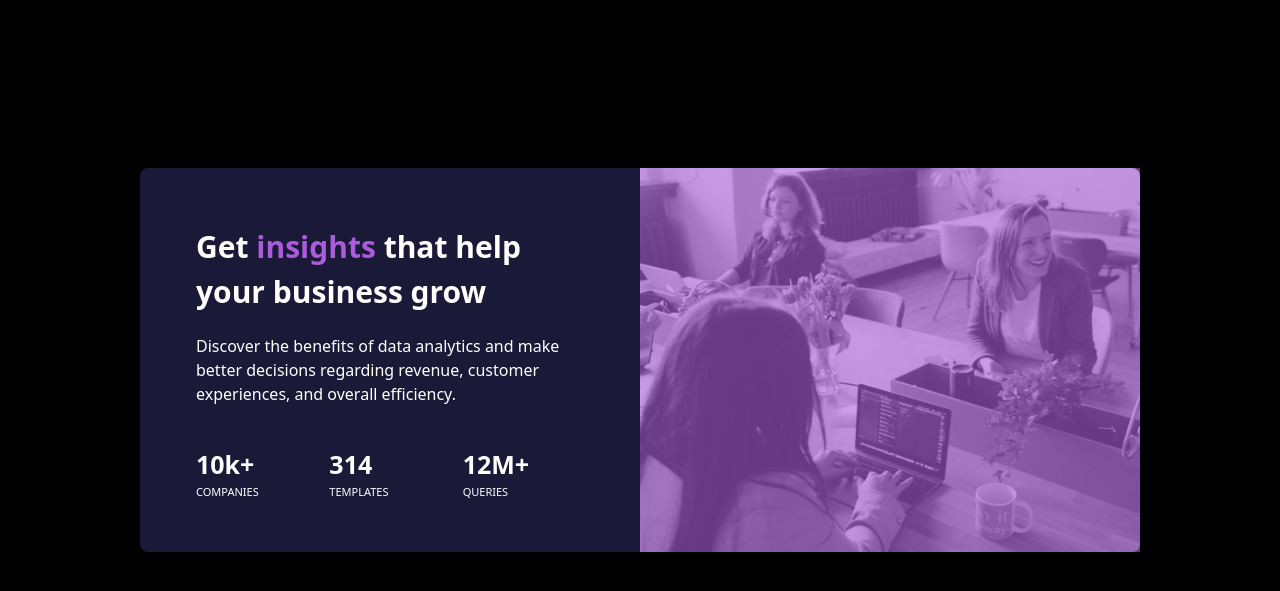
Repository: BerlinWebDev/FrontendMaster_PreviewMentor
Page: /
The author's editor kept a copy of each file at every save. The page is drawn from the files as they stood at one save, then again after the next save.
The browser window is 1280 px wide. The pictures show the whole page.
The project was rebuilt for these pictures with package versions that can differ from the ones it lists, and the page was loaded fresh each time.

Above is the page before, as saved 2023-11-11 20:05:56.

After the next save:
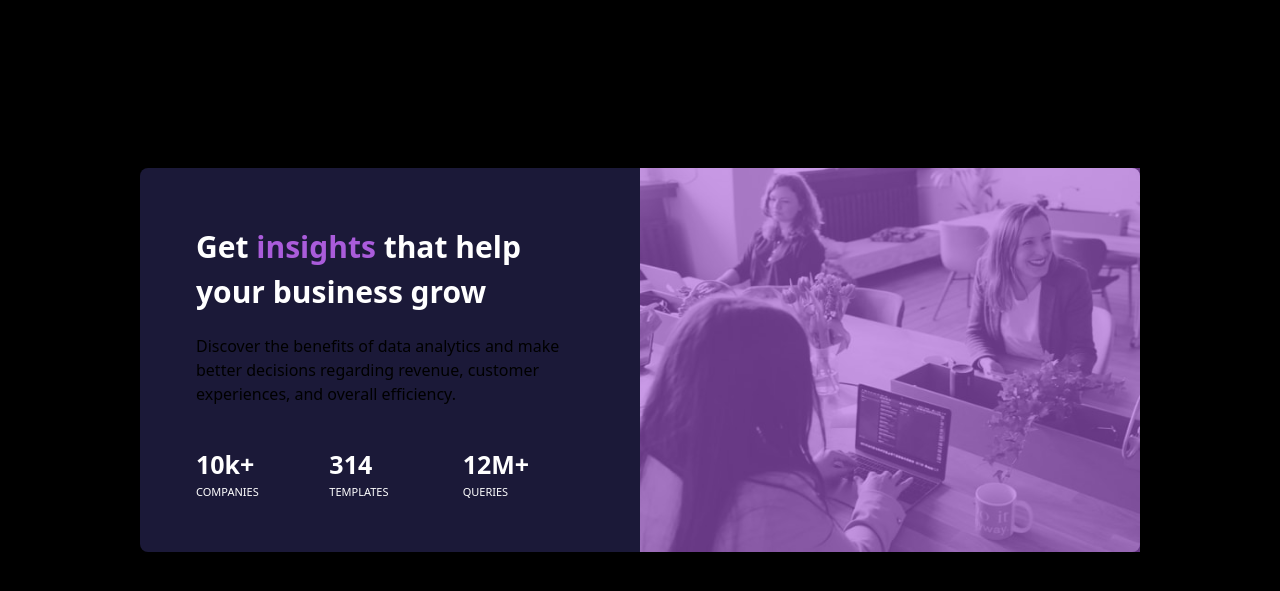
Saved 38 s later.
--- a/src/App.js
+++ b/src/App.js
@@ -18,7 +18,7 @@ function App() {
                 your business grow
               </div>
               <div className="mt-5">
-                <p className="text-white font-normal">
+                <p className="text-[#ffffffbf]] font-normal">
                   Discover the benefits of data analytics and make better
                   decisions regarding revenue, customer experiences, and overall
                   efficiency.
